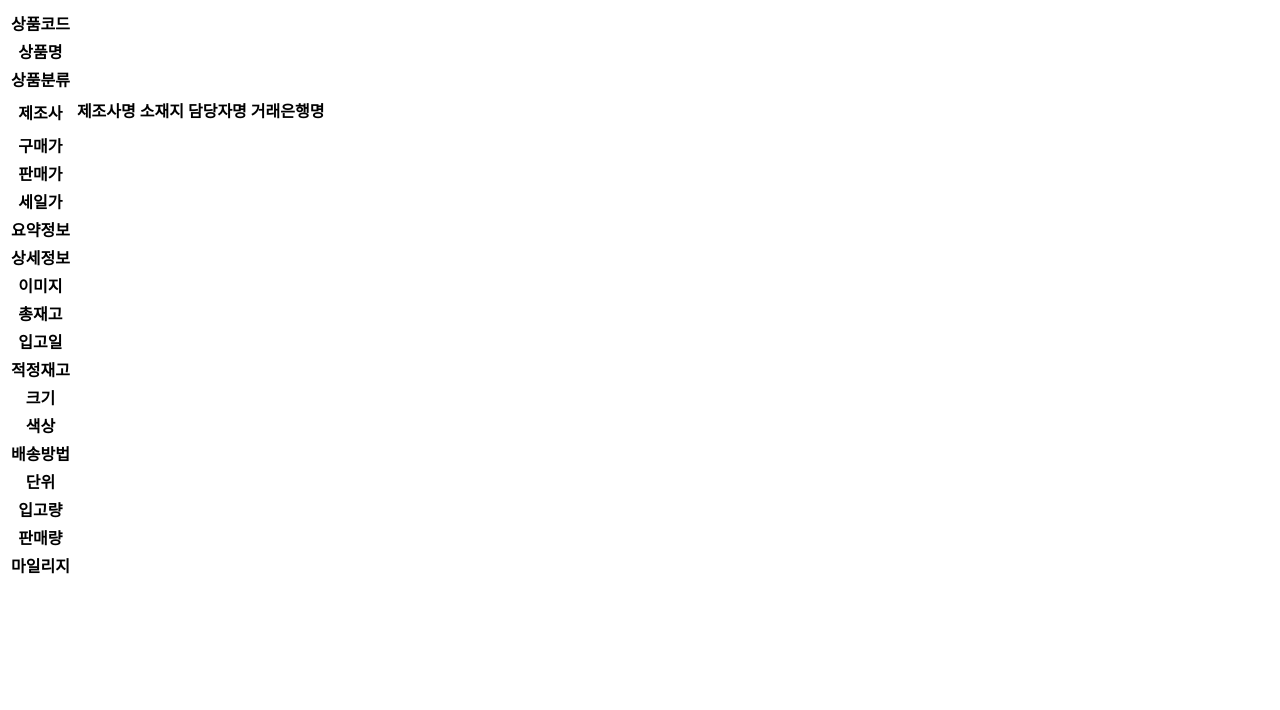
Repository: hoseolkim/restart
Page: http://localhost/WebStudy03_Mybatis/WEB-INF/views/prod/prodView.jsp
The author's editor kept a copy of each file at every save. The page is drawn from the files as they stood at one save, then again after the next save.
The browser window is 1280 px wide. The pictures show the whole page.
The page is served by Tomcat 9. Nobody is signed in. The template is opened directly, without the code that normally fills it, so the values that code supplies are empty.

Above is the page before, as saved 2023-10-02 05:28:14.

After the next save:
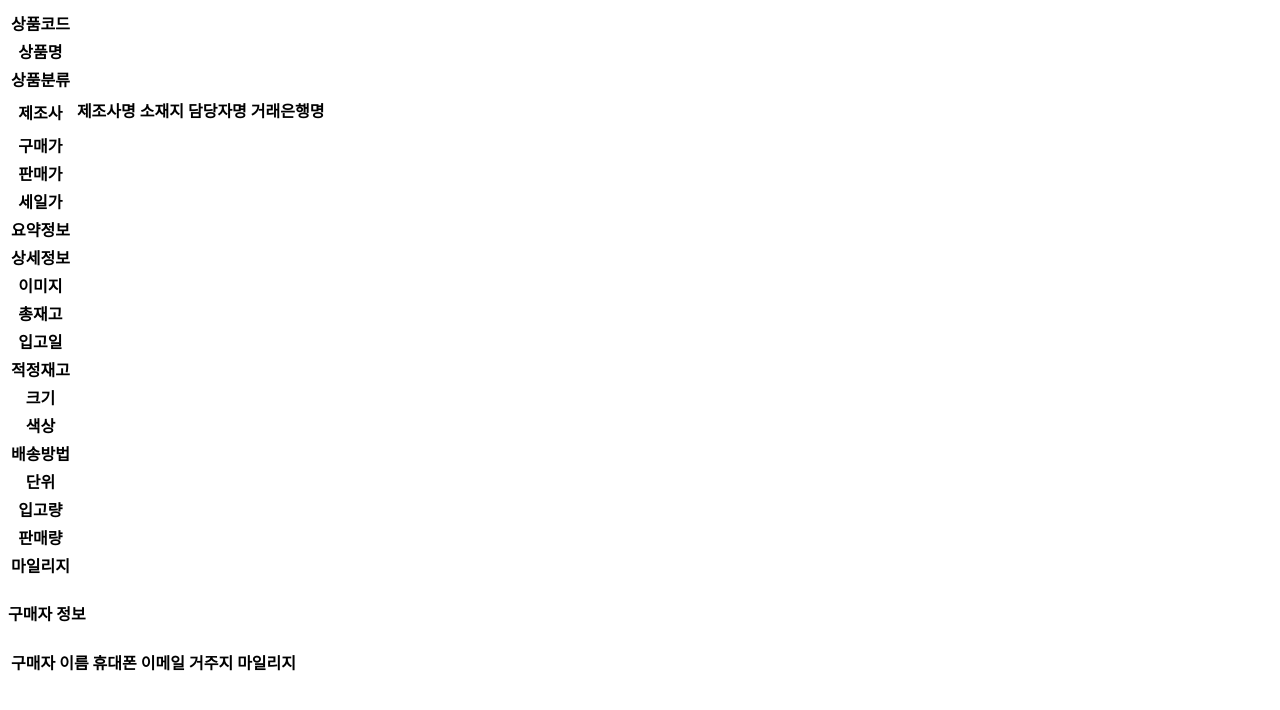
Saved 32 min 41 s later.
--- a/WebStudy03_Mybatis/src/main/webapp/WEB-INF/views/prod/prodView.jsp
+++ b/WebStudy03_Mybatis/src/main/webapp/WEB-INF/views/prod/prodView.jsp
@@ -102,5 +102,16 @@
 		<th>마일리지</th>
 		<td>${prod.prodMileage}</td>
 	</tr>
-
 </table>
+<h4>구매자 정보</h4>
+<table>
+	<thead>
+		<tr>
+			<th>구매자 이름</th>
+			<th>휴대폰</th>
+			<th>이메일</th>
+			<th>거주지</th>
+			<th>마일리지</th>
+		</tr>
+	</thead>
+</table>
